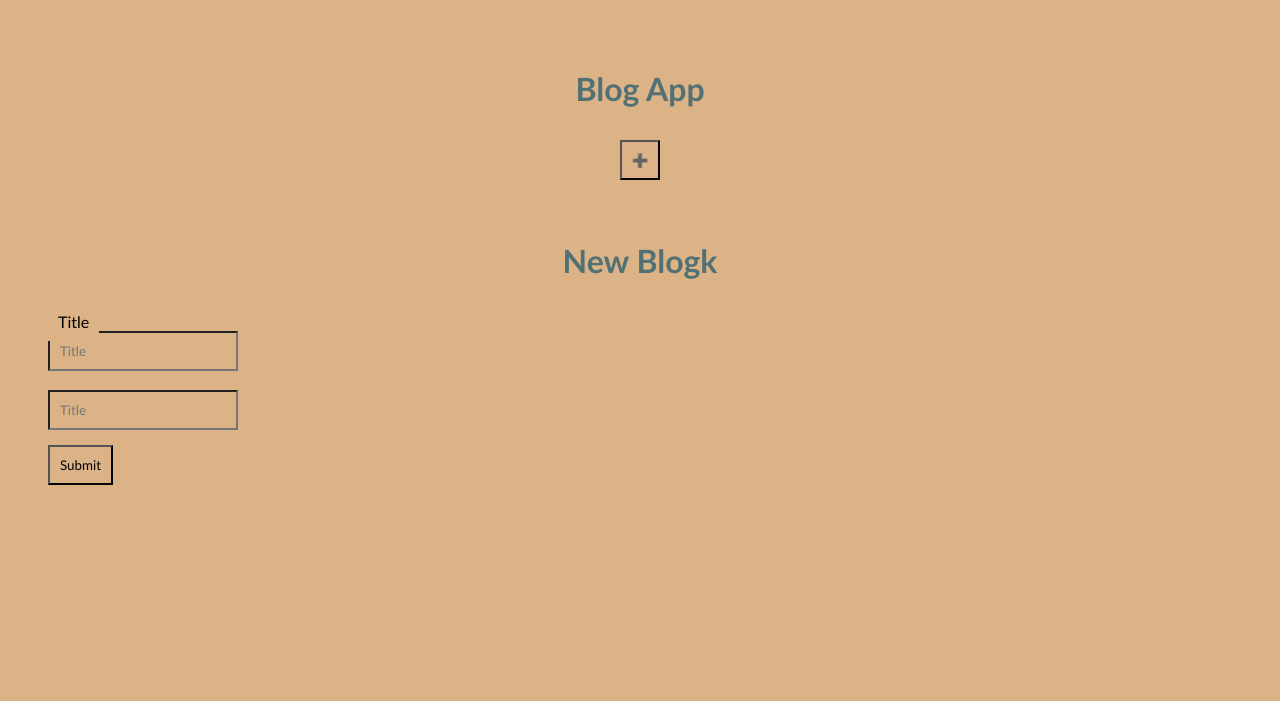
Repository: punitbathija/Placement-Assitance-iNeuron
Page: blogApp/index.html
The author's editor kept a copy of each file at every save. The page is drawn from the files as they stood at one save, then again after the next save.
The browser window is 1280 px wide. The pictures show the whole page.

Above is the page before, as saved 2023-05-31 15:21:02.

### blogApp/index.html
<!DOCTYPE html>
<html lang="en">
  <head>
    <meta charset="UTF-8" />
    <meta http-equiv="X-UA-Compatible" content="IE=edge" />
    <meta name="viewport" content="width=device-width, initial-scale=1.0" />
    <title>Blog App</title>
  </head>
  <link rel="stylesheet" href="style.css" />
  <script src="logic.js" defer></script>
  <body>
    <div class="head">
      <h1>Blog App</h1>
      <button class="add">➕</button>
    </div>
    <div class="form">
      <form>
        <h1>New Blogk</h1>
        <label for="Title">Title</label>
        <input type="text" id="title" placeholder="Title" required />
        <br />
        <input type="text" id="body" placeholder="Title" required />
        <br />
        <input type="submit" id="submit" />
      </form>
    </div>
    <div class="container"></div>
  </body>
</html>

### blogApp/style.css
* {
    background-color: #dcb387;
    font-family: "Trebuchet MS", "Lucida Sans Unicode", "Lucida Grande",
      "Lucida Sans", Arial, sans-serif;
    padding: 10px;
  }

  h1 {
    color: #517174;
    display: flex;
    justify-content: center;
    align-items: center;
  }
  .bookform {
    color: #517174;
    display: flex;
    border: 1px solid black;
    justify-content: center;
    align-items: center;
    height: 450px;
    width: 350px;
  }
  .card {
    border: 2px solid black;
    height: 200px;
    width: 200px;
    background-color: #ef5d58;
    gap: 30px;
  }

  .container {
    display: flex;
    flex-wrap: wrap;
  }

  .text {
    flex-wrap: wrap;
    display: flex;
    height: 200px;
    width: 265px;
    font-size: large;
  }
  #title,
  #author,
  #numberOfPages,
  #hr,
  #submit {
    display: flex;
  }
  #submit {
    margin-top: 15px;
  }

  .add {
    display: flex;
    justify-content: center;
    align-items: center;
    text-align: center;
    margin: auto;
  }

Loaded but not shown: blogApp/logic.js (no stored copy; drawn as an empty file)

After the next save:
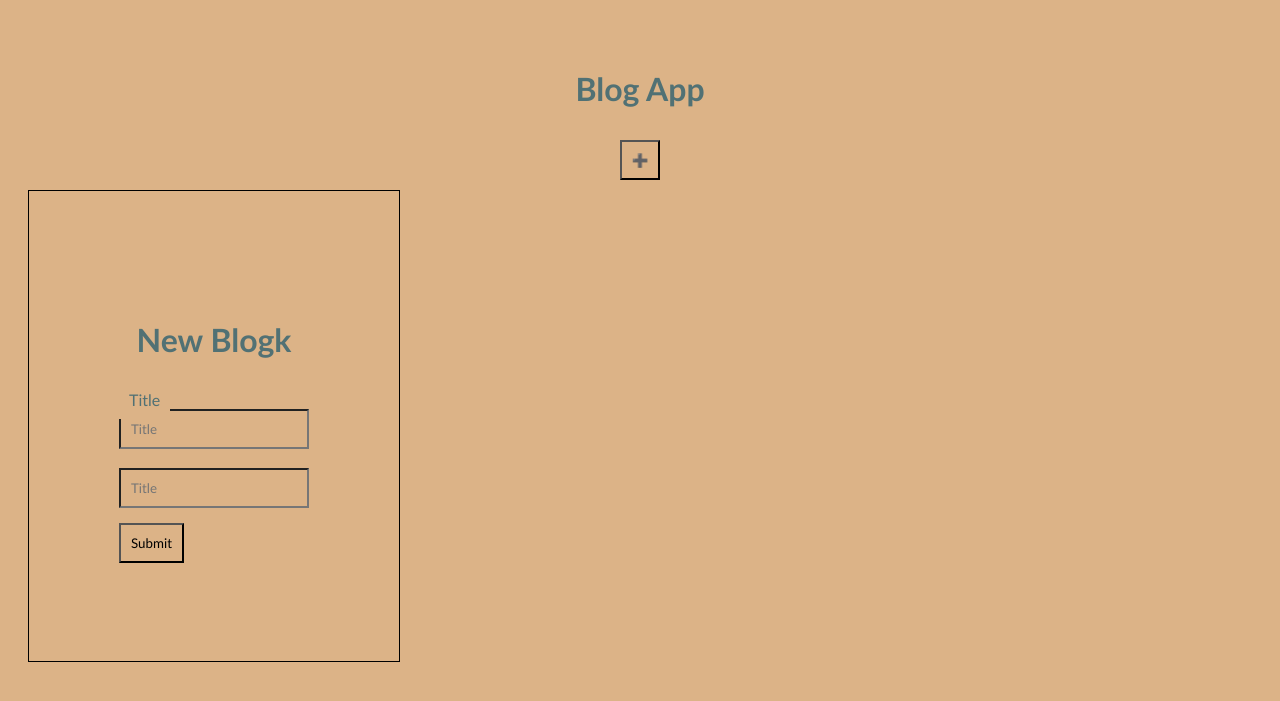
Saved 7 s later.
--- a/blogApp/style.css
+++ b/blogApp/style.css
@@ -11,7 +11,7 @@
     justify-content: center;
     align-items: center;
   }
-  .bookform {
+  .form {
     color: #517174;
     display: flex;
     border: 1px solid black;
